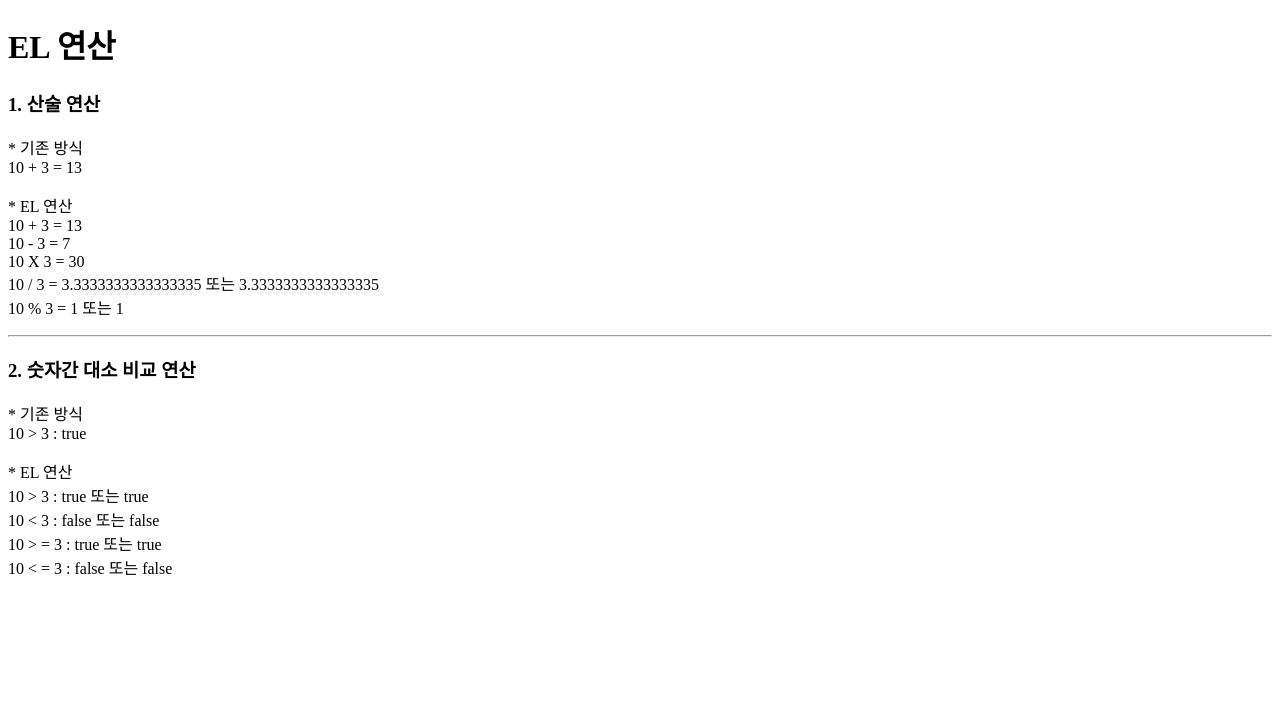
Repository: DonghwanSon1/ajax-jsp-study
Page: http://localhost/ActionProject/operation.do
These files come from the project's save history. The page is drawn as it stood at one moment and after the next save; the edit follows.
The browser window is 1280 px wide. The pictures show the whole page.
The page is served by Tomcat 9.

Above is the page before, as saved 2022-07-12 02:37:20.

After the next save:
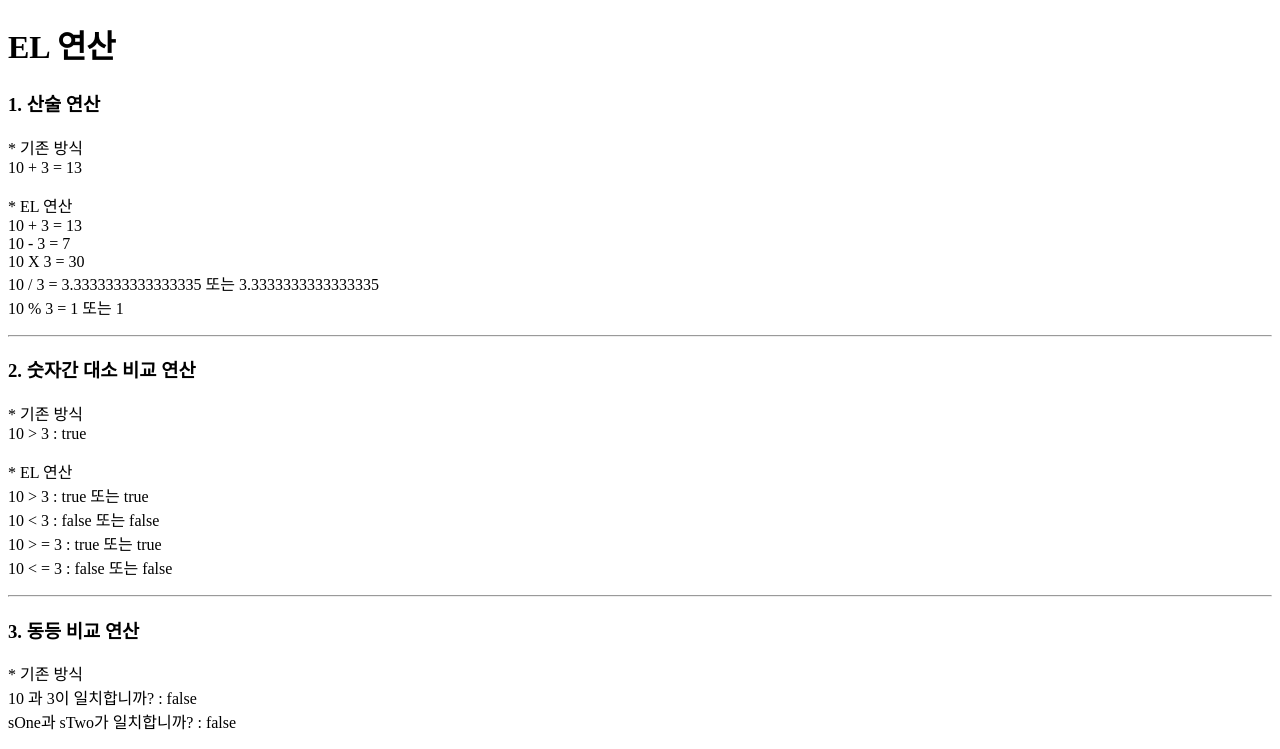
Saved 4 min 18 s later.
--- a/ActionProject/WebContent/views/1_EL/01_elOperation.jsp
+++ b/ActionProject/WebContent/views/1_EL/01_elOperation.jsp
@@ -43,7 +43,21 @@
 		10 &lt; = 3 : ${ big <= small } 또는 ${ big le small } <br>
 	</p>
 
+	<hr>
 
+	<h3>3. 동등 비교 연산</h3>
+
+	<p>
+		* 기존 방식 <br>
+		10  과 3이 일치합니까? :
+		<%= (int)request.getAttribute("big") == (int)request.getAttribute("small") %> <br>
+
+		sOne과 sTwo가 일치합니까? :
+		<%= (String)request.getAttribute("sOne") == (String)request.getAttribute("sTwo") %> <br>
+
+
+
+	</p>
 
 
 
